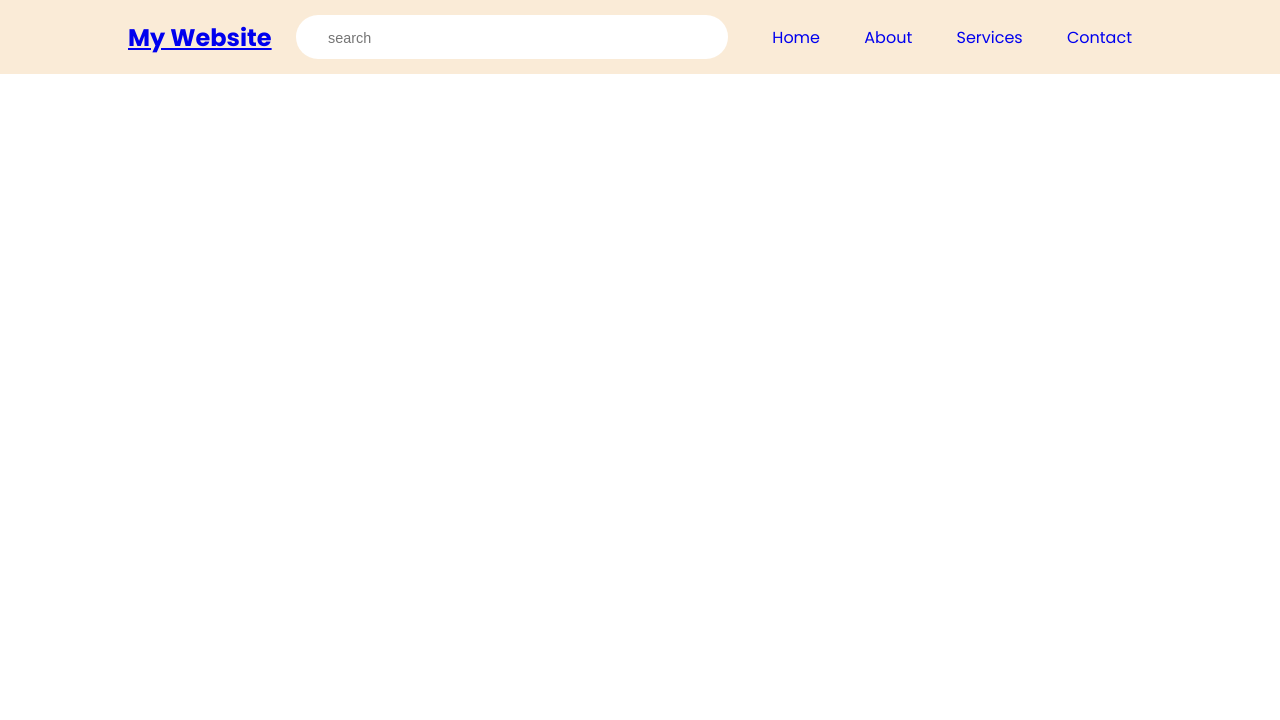
Repository: vncntxl/assesment3
Page: index.html
An editor plug-in stored every save of this project. The page is shown before and after the next save, followed by the edit.
The browser window is 1280 px wide. The pictures show the whole page.
Some icons come from a web library that is not loaded, so they are not drawn.

Above is the page before, as saved 2024-08-21 17:19:46.

After the next save:
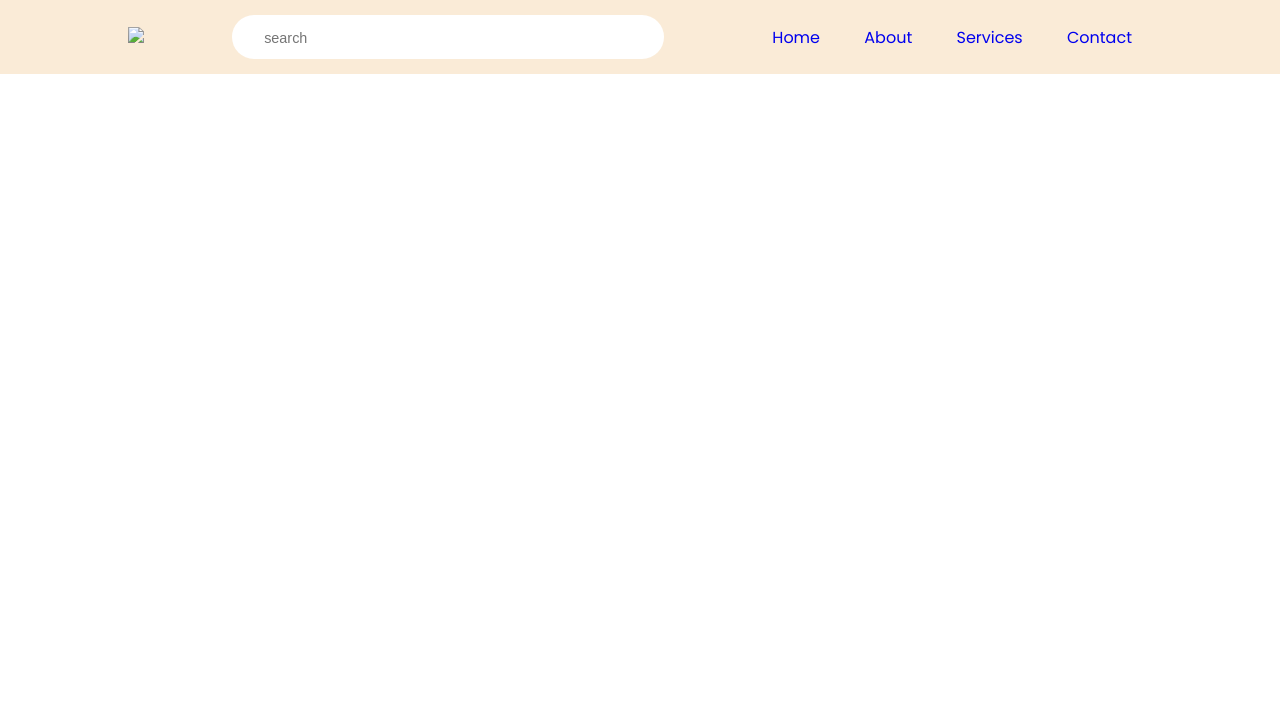
Not found: images/pngtree-green-tea-logo-illustration-png-image_6283064.png
Saved 62 s later.
--- a/index.html
+++ b/index.html
@@ -10,7 +10,9 @@
 <body>
     <nav class="nav">
         <div class="container">
-           <h2> <a href="#">My Website</a></h2>
+            <a href="index.html">
+                <img class="logo" src="images/pngtree-green-tea-logo-illustration-png-image_6283064.png">
+            </a>
             <div class="search-bar">
                 <i class="uil uil-search"></i>
                 <input type="search" placeholder="search">

After the save that followed:
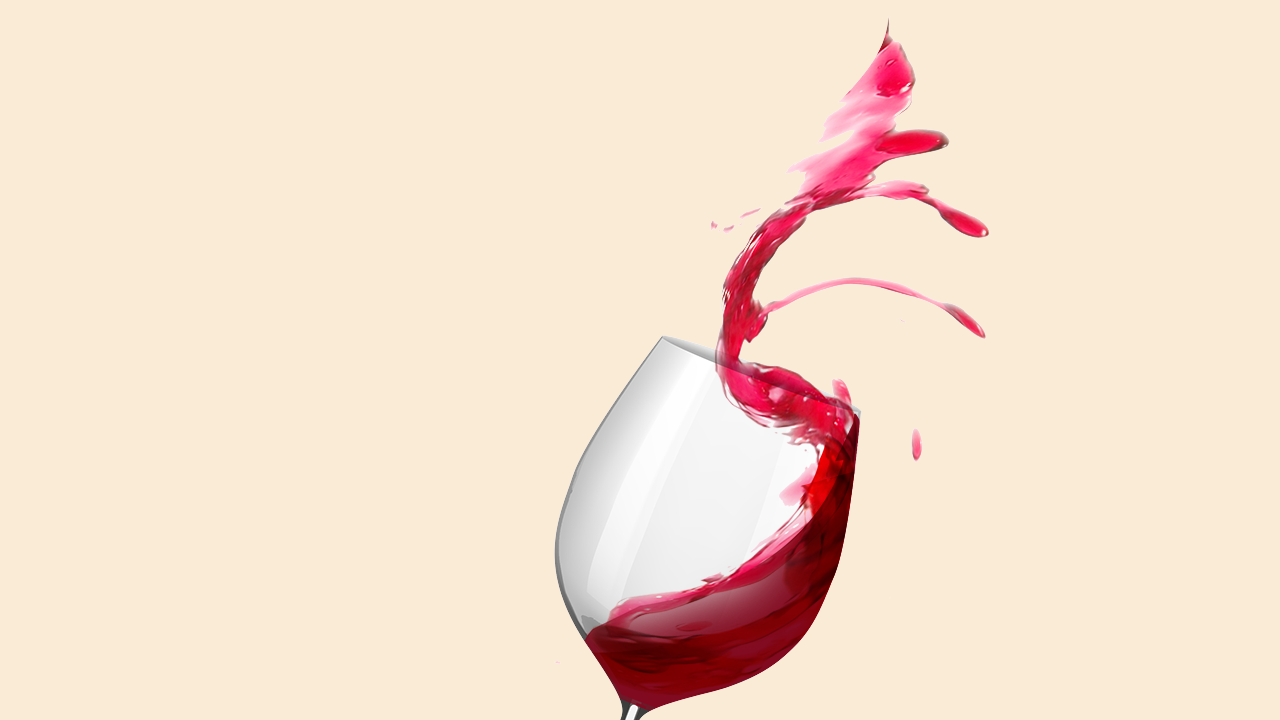
Saved 2 min 41 s later.
--- a/index.html
+++ b/index.html
@@ -11,7 +11,7 @@
     <nav class="nav">
         <div class="container">
             <a href="index.html">
-                <img class="logo" src="images/pngtree-green-tea-logo-illustration-png-image_6283064.png">
+                <img class="logo" src="images/logo.png">
             </a>
             <div class="search-bar">
                 <i class="uil uil-search"></i>
